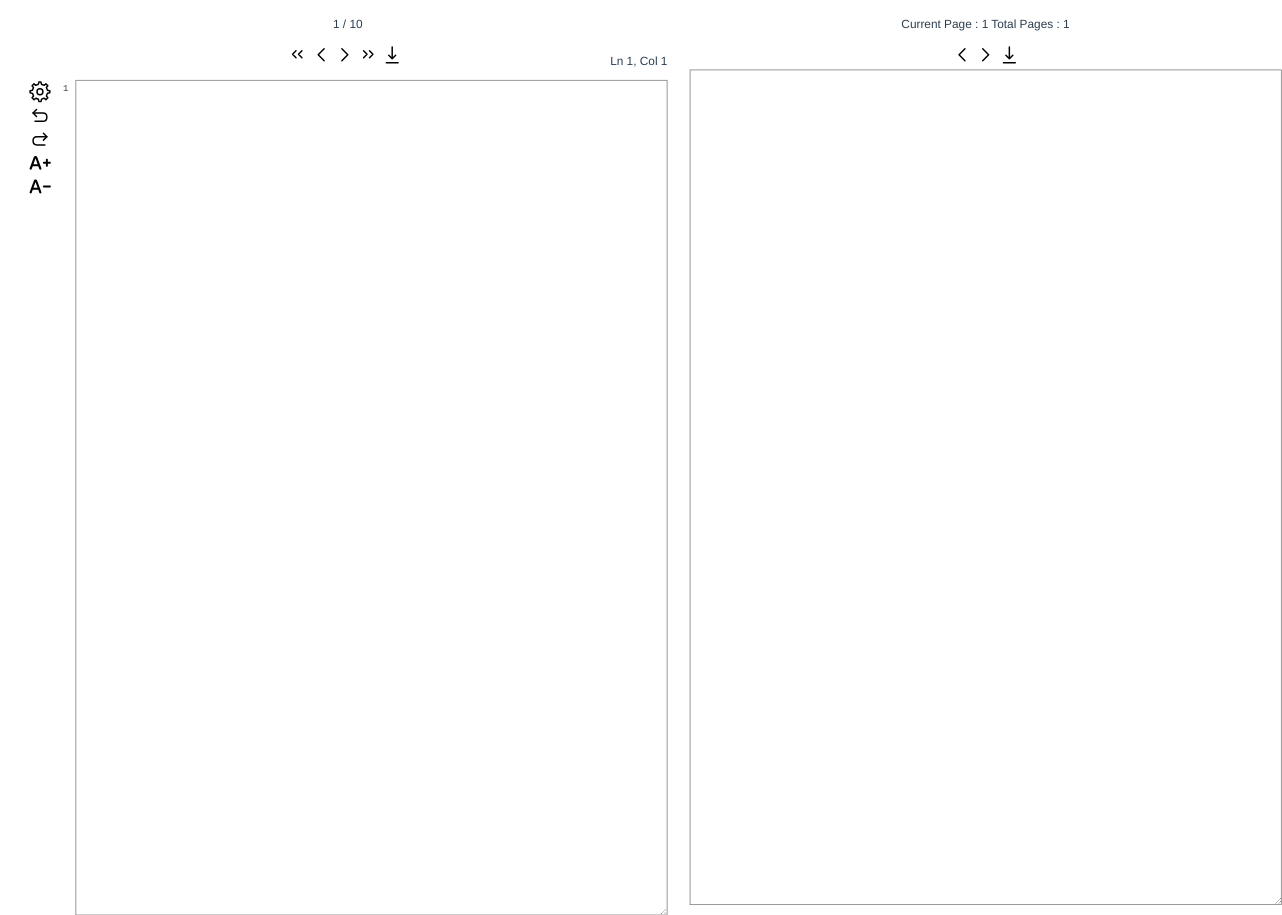
Repository: 321paranoiawhy/online-resume
Page: /
The author's editor kept a copy of each file at every save. The page is drawn from the files as they stood at one save, then again after the next save.
The browser window is 1280 px wide. The page is 1732 px wide, so the pictures cover 1732 px, including what lies to the right of the window. The pictures show the whole page, at 74% of full size.
The project was rebuilt for these pictures with package versions that can differ from the ones it lists, and the page was loaded fresh each time. Also part of the build but not shown: vue.config.js, src/components/Header.vue, src/components/Introduction.vue, src/components/Footer.vue.

Above is the page before, as saved 2022-05-29 15:52:30.

### src/main.js
import { createApp } from 'vue'
import App from './App.vue'
import router from './router'
import store from './store'

// 引入公共样式 common.css
import './css/common.css'
createApp(App).use(store).use(router).mount('#app')

### src/App.vue
<template>
    <router-view />
</template>

<style lang="scss">
html,
body,
#app {
    height: 100%;
}
#app {
    font-family: Avenir, Helvetica, Arial, sans-serif;
    -webkit-font-smoothing: antialiased;
    -moz-osx-font-smoothing: grayscale;
    text-align: center;
    color: #2c3e50;
}
</style>

### src/store/index.js
import { createStore } from 'vuex'

export default createStore({
  state: {
    // 示例
    example: 0,
    leftColumn: 0,
    rightColumn: 0,
  },
  getters: {
  },
  mutations: {
    // 示例
    // 组件提交和获取前, 需
    // 1. import {useStore} from "vuex";
    // 2. const store = useStore();
    // 组件提交 store.commit("getExample",commitValue);
    // 组件获取 store.state.example
    // setup() 函数 最后 return {store}
    getExample(state, data) {
      state.example = data;
    },
    // 右边 当前列数
    // 组件提交 store.commit("getLeftColumn")
    getLeftColumn(state, data) {
      state.leftColumn = data;
    },
    // 右边 当前列数
    getRightColumn(state, data) {
      state.rightColumn = data;
    },
  },
  actions: {
  },
  modules: {
  }
})

### src/css/common.css
:root {
    /* CSS 全局变量, 任何地方均可通过 var() 访问变量值 */
    --font-size-small: 12px;
    --line-height-small: 18px;
}
textarea.left-textarea {
    width: 210mm; /* 210 * 96 / 25.4 = 793.7 px */
    height: 297mm; /* 297 * 96 / 25.4 = 1122.52 px */
    /* 字体大小 */
    font-size: var(--font-size-small);
    /* font-size: 12px; */
    /* 行高 */
    line-height: var(--line-height-small);
    /* line-height: 18px; */
    /* 统一各浏览器下 textarea 盒模型 */
    margin: 0;
    border-width: 1px;
    padding: 2px;
}
textarea.right-textarea {
    /* 1 in = 25.4 mm = 96 px */
    width: 210mm; /* 210 * 96 / 25.4 = 793.7 px */
    height: 297mm; /* 297 * 96 / 25.4 = 1122.52 px */
    /* 统一各浏览器下 textarea 盒模型 */
    margin: 0;
    border-width: 1px;
    padding: 2px;
}
img {
    width: 32px;
    height: 32px;
    cursor: pointer;
}

### src/views/HomeView.vue
<template>
    <!-- <TopHeader></TopHeader> -->
    <!-- <Introduction></Introduction> -->
    <div class="main-flex">
        <LeftInput class="left-input"></LeftInput>
        <RightOutput></RightOutput>
    </div>
    <!-- <BottomFooter></BottomFooter> -->
</template>

<script>
// @ is an alias to /src
import TopHeader from "@/components/Header.vue";
import Introduction from "@/components/Introduction.vue";
import LeftInput from "@/components/LeftInput.vue";
import RightOutput from "@/components/RightOutput.vue";
import BottomFooter from "@/components/Footer.vue";

// 功能拆解
// 下载源码和渲染结果文件(HTML&CSS, PDF, DOCX), 使用 Pandoc
// LaTeX 语法支持 (引入 MathJax)
// JavaScript 实现 解析
// common.css 负责特定样式
// 切换主题或者切换模板
// 主题 白天 黑夜
// 模板 暂定唯一模板 后续定制更多模板 (寻找优雅的 resume 模板)
// autosave
// localstorage

export default {
    name: "HomeView",
    components: {
        TopHeader,
        Introduction,
        LeftInput,
        RightOutput,
        BottomFooter,
    },
};
</script>

<style scoped lang="scss">
div.main-flex {
    display: flex;
    width: fit-content;
    & .left-input {
        margin-left: 30px;
        margin-right: 30px;
    }
}
</style>

### src/components/LeftInput.vue
<template>
    <div class="left-input-flex-column">
        <p>{{ currentInputPage }} / {{ totalInputPage }}</p>
        <div class="top-flex">
            <div class="center">
                <img
                    v-for="(item, index) in leftInputImage"
                    :key="index"
                    :src="require('../assets/images/' + item.img_src + '.svg')"
                    :alt="item.img_src"
                    @click="Fn(item.function)"
                />
            </div>
            <!-- 快速跳转至某行某列 (默认当前页) -->
            <p @click="gotoLnAndCol">Ln 1, Col 1</p>
        </div>

        <div class="flex">
            <!-- 侧边工具栏 -->
            <Sidebar></Sidebar>
            <!-- 左侧显示 行号 -->
            <ul>
                <li v-for="(item, index) in lineNumbersArray" :key="index">
                    {{ item }}
                </li>
            </ul>
            <!-- input textarea -->
            <textarea
                spellcheck="true"
                class="left-textarea"
                ref="input"
                @input="compileInput"
            ></textarea>
        </div>
    </div>
</template>

<script>
import leftInputImage from "/public/data/leftInputImage.json";
import Sidebar from "@/components/Sidebar.vue";
import { ref } from "@vue/reactivity";
import { onMounted } from "@vue/runtime-core";
import { useStore } from "vuex";

export default {
    name: "LeftInput",
    components: {
        Sidebar,
    },
    setup() {
        let currentInputPage = 1;
        let totalInputPage = 10;
        let input = ref(null);
        const store = useStore();
        // vue2 this.$refs.input 获取到 DOM 元素
        // vue3 mounted 后方可获取到 DOM 元素
        onMounted(() => {
            // console.log(input.value);
            // console.log(input.value.value);
            // console.log(input.value.value.length);
            // store.commit("getLeftLine", 0);
            // console.log(input.value.selectionStart);
            console.log(leftInputImage[0].function);
            console.log(typeof leftInputImage[0].function);
        });
        let lineNumbersArray = ref([1]);
        let compileInput = () => {
            console.log(input.value.value.split("\n"));
            lineNumbersArray.value = Array.from(
                { length: input.value.value.split("\n").length },
                (_, index) => index + 1
            );
            console.log(input.value.selectionStart);
        };
        // Fn: 根据入参执行相应函数
        let Fn = (parameter) => {
            switch (parameter) {
                // 上一页
                case "previousSinglePage":
                    currentInputPage--;
                    console.log(currentInputPage);
                    break;
                // 前两页
                case "previousDoublePage":
                    currentInputPage -= 2;
                    console.log(currentInputPage);
                    break;
                // 下一页
                case "nextSinglePage":
                    currentInputPage++;
                    console.log(currentInputPage);
                    break;
                // 后两页
                case "nextDoublePage":
                    currentInputPage += 2;
                    console.log(currentInputPage);
                    break;
                case "download":
                    // TODO Blob 对象
                    break;
                default:
                    break;
            }
        };
        let gotoLnAndCol = () => {};
        return {
            leftInputImage,
            currentInputPage,
            totalInputPage,
            input,
            store,
            lineNumbersArray,
            compileInput,
            Fn,
            gotoLnAndCol,
        };
    },
};
</script>

<style scoped lang="scss">
.left-input-flex-column {
    display: flex;
    flex-direction: column;
    & div.flex {
        display: flex;
    }
    & ul li {
        list-style-type: none;
    }
    & ul {
        margin: 3px 10px 0 15px;
        padding: 0;
        // 字体大小
        font-size: var(--font-size-small);
        // 行高
        line-height: var(--line-height-small);
        font-family: monospace;
    }
    & div.top-flex {
        display: flex;
        width: 210mm;
        margin-left: auto;
        justify-content: center;
        & div {
            flex-grow: 1;
        }
        & p {
            // margin-left: auto;
        }
    }
}
</style>

### src/components/RightOutput.vue
<template>
    <div class="right-output-flex-column">
        <p>
            Current Page : {{ currentOutputPage }} Total Pages :
            {{ totalOutputPage }}
        </p>
        <div>
            <img
                v-for="(item, index) in rightOutputImage"
                :key="index"
                :src="require('../assets/images/' + item.img_src + '.svg')"
                alt=""
            />
        </div>
        <textarea spellcheck="true" class="right-textarea"></textarea>
    </div>
</template>

<script>
import rightOutputImage from "/public/data/rightOutputImage.json";
export default {
    name: "RightInput",
    setup() {
        let currentOutputPage = 1;
        let totalOutputPage = 1;
        return {
            currentOutputPage,
            totalOutputPage,
            rightOutputImage,
        };
    },
};
</script>

<style scoped lang="scss">
.right-ouput-flex-column {
    display: flex;
    flex-direction: column;
}
</style>

### public/data/leftInputImage.json
[
    {
        "img_src": "IconoirFastArrowLeft",
        "function": "previousDoublePage"
    },
    {
        "img_src": "IconoirNavArrowLeft",
        "function": "previousSinglePage"
    },
    {
        "img_src": "IconoirNavArrowRight",
        "function": "nextSinglePage"
    },
    {
        "img_src": "IconoirFastArrowRight",
        "function": "nextDoublePage"
    },
    {
        "img_src": "IconoirDownload",
        "function": "download"
    }
]

### src/components/Sidebar.vue
<template>
    <div class="sidebar-flex-column">
        <img
            v-for="(item, index) in sidebarImage"
            :key="index"
            :src="require('../assets/images/' + item.img_src + '.svg')"
            alt=""
        />
    </div>
</template>

<script>
// 引入图片 json 数据文件
import sidebarImage from "/public/data/sidebarImage.json";

export default {
    name: "Sidebar",
    setup() {
        return {
            sidebarImage,
        };
    },
};
</script>

<style scoped lang="scss">
.sidebar-flex-column {
    display: flex;
    flex-direction: column;
    width: fit-content;
    height: fit-content;
}
</style>

### public/data/rightOutputImage.json
[
    {
        "img_src": "IconoirNavArrowLeft"
    },
    {
        "img_src": "IconoirNavArrowRight"
    },
    {
        "img_src": "IconoirDownload"
    }
]

### public/data/sidebarImage.json
[
    {
        "img_src": "IconoirSettings"
    },
    {
        "img_src": "IconoirUndo"
    },
    {
        "img_src": "IconoirRedo"
    },
    {
        "img_src": "IcRoundTextIncrease"
    },
    {
        "img_src": "IcRoundTextDecrease"
    }
]

Loaded but not shown: public/index.html (common file); src/router/index.js (common file)

After the next save:
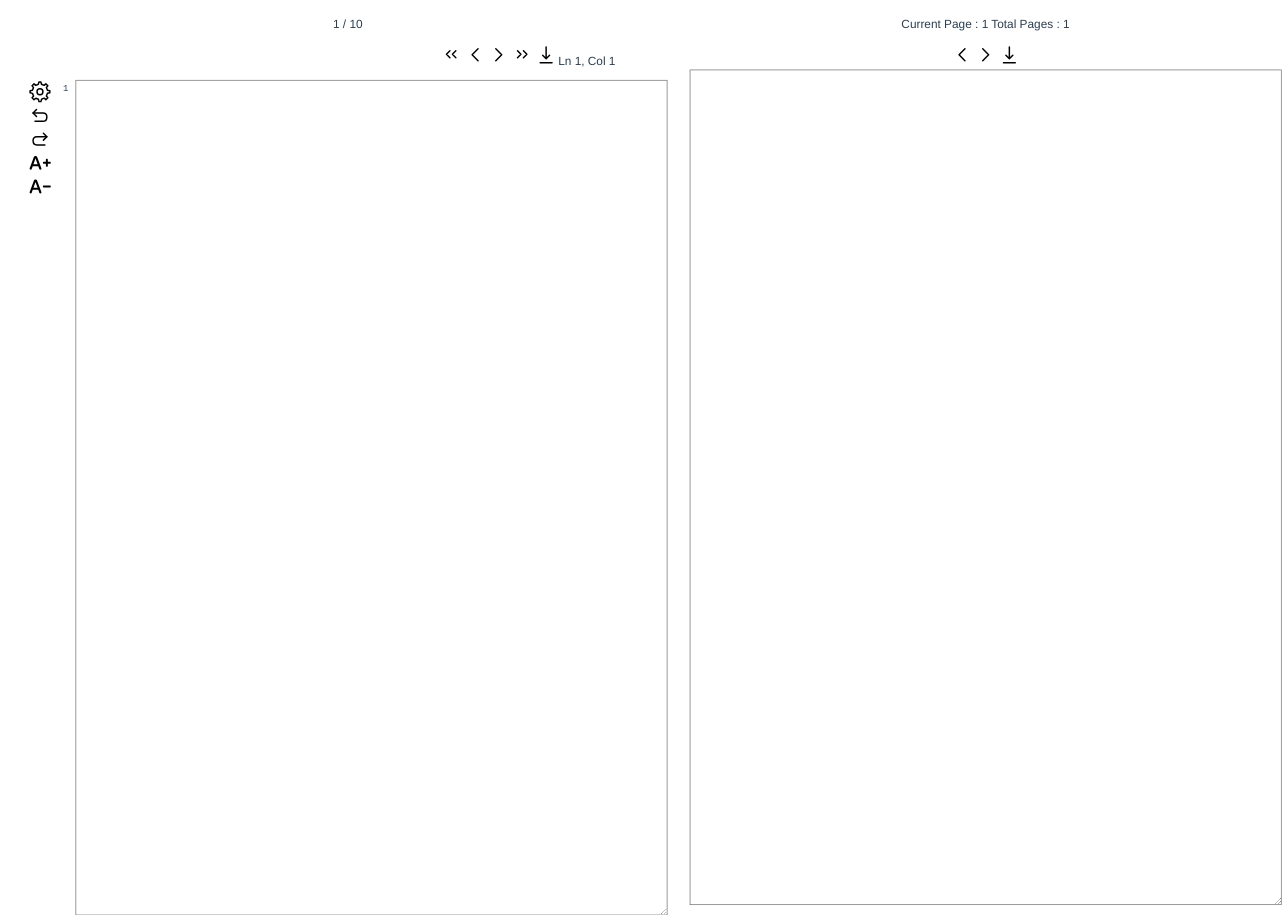
Saved 81 s later.
--- a/src/components/LeftInput.vue
+++ b/src/components/LeftInput.vue
@@ -140,7 +140,8 @@
     & div.top-flex {
         display: flex;
         width: 210mm;
-        margin-left: auto;
+        text-align: right;
+        // margin-left: auto;
         justify-content: center;
         & div {
             flex-grow: 1;

After the save that followed:
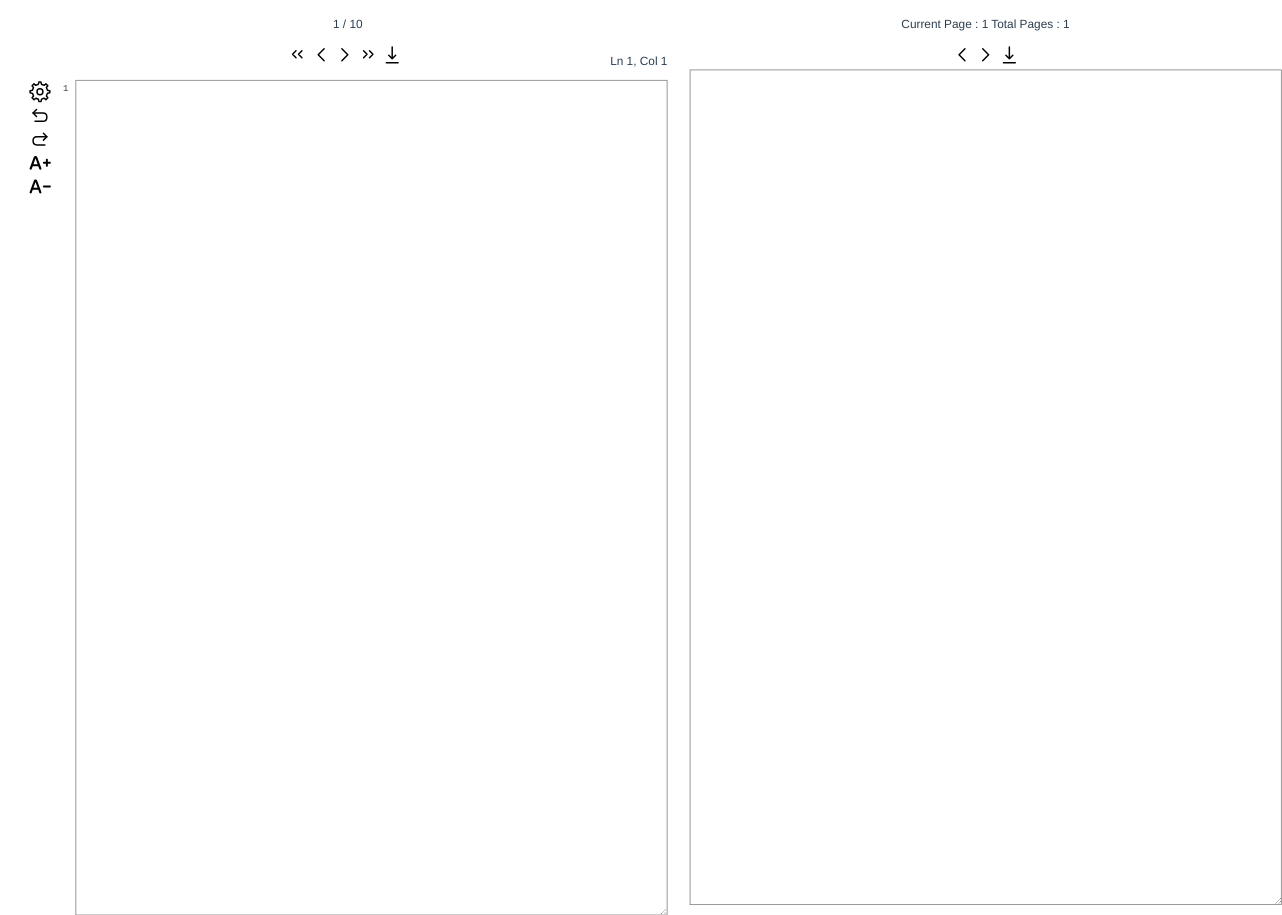
Saved 5 s later.
--- a/src/components/LeftInput.vue
+++ b/src/components/LeftInput.vue
@@ -140,8 +140,7 @@
     & div.top-flex {
         display: flex;
         width: 210mm;
-        text-align: right;
-        // margin-left: auto;
+        margin-left: auto;
         justify-content: center;
         & div {
             flex-grow: 1;
